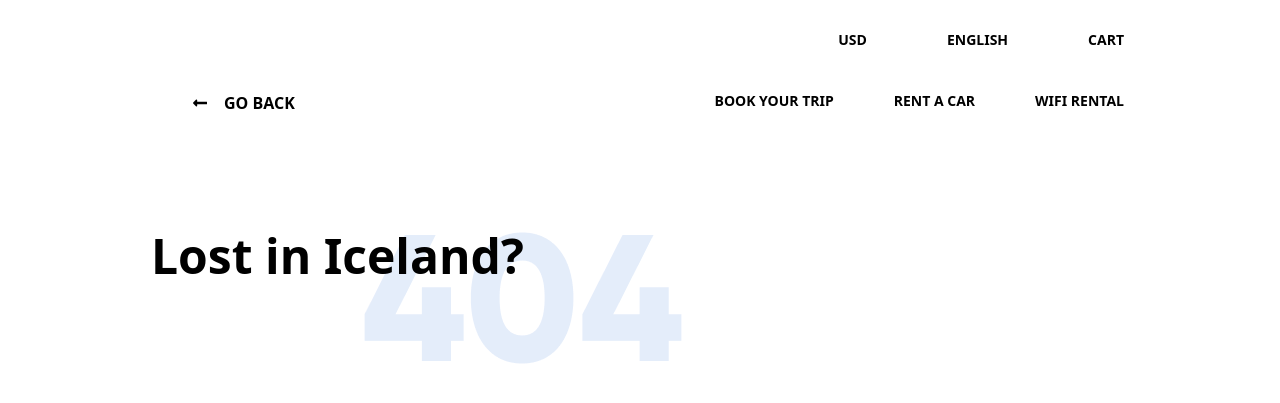
Repository: uh-sman/Iceland
Page: /
The author's editor kept a copy of each file at every save. The page is drawn from the files as they stood at one save, then again after the next save.
The browser window is 1280 px wide. The pictures show the whole page.
The project was rebuilt for these pictures with package versions that can differ from the ones it lists, and the page was loaded fresh each time.

Above is the page before, as saved 2022-09-08 21:31:29.

### src/App.js
import logo from "./logo.svg";
import "./App.css";
import { Topnav } from "./components/Topnav";
import { FullNav } from "./components/FullNav";

function App() {
  return (
    <div className="App">
      <FullNav />
    </div>
  );
}

export default App;

### src/components/Topnav.js
import React from "react";

export const Topnav = () => {
  return (
    <div className="container w-full py-[30px]">
      <nav className="absolute right-[156px]">
        <ul className="space-x-20 text-sm font-semibold">
          <a href="">USD</a>
          <a href="">ENGLISH</a>
          <a href="">CART</a>
        </ul>
      </nav>
    </div>
  );
};

### src/components/FullNav.jsx
import React from "react";
import { Bottomnav } from "./Bottomnav";
import { Hero } from "./Hero";
import { Topnav } from "./Topnav";

export const FullNav = () => {
  return (
    <div>
      <Topnav />
      <Bottomnav />
      <Hero />
    </div>
  );
};

### src/components/Bottomnav.js
import React from "react";
import { FaLongArrowAltLeft } from "react-icons/fa";
export const Bottomnav = () => {
  return (
    <nav className="container w-full">
      <div className="py-[31px]">
        <div className="container">
          <h1 className="flex items-center gap-4 absolute left-[192px]">
            <FaLongArrowAltLeft />
            <a className=" cursor-pointer font-semibold text-md">GO BACK</a>
          </h1>
        </div>
        <div className="container">
          <div className="absolute right-[156px]">
            <ul className="space-x-[60px] text-sm font-semibold cursor-pointer">
              <a>BOOK YOUR TRIP</a>
              <a>RENT A CAR</a>
              <a>WIFI RENTAL</a>
            </ul>
          </div>
        </div>
      </div>
    </nav>
  );
};

### src/components/Hero.js
import React from "react";
import four from "../Assets/404.png";
export const Hero = () => {
  return (
    <div>
      <div>
        <img src={four} className="absolute left-[364px] top-[232px]" />
      </div>
      <div>
        <h1 className="font-semibold text-5xl absolute left-[151px] top-[232px]">
          Lost in Iceland?
        </h1>
      </div>
    </div>
  );
};

### tailwind.config.js
/** @type {import('tailwindcss').Config} */
module.exports = {
  content: ["./src/**/*.{html,js,jsx}"],
  theme: {
    screens: {
      sm: "480px",
      md: "768px",
      lg: "976px",
      xl: "1440px",
    },
    extend: {},
  },
  plugins: [],
};

Loaded but not shown: public/index.html (common file); src/index.js (common file); src/index.css (common file); src/App.css (common file)

After the next save:
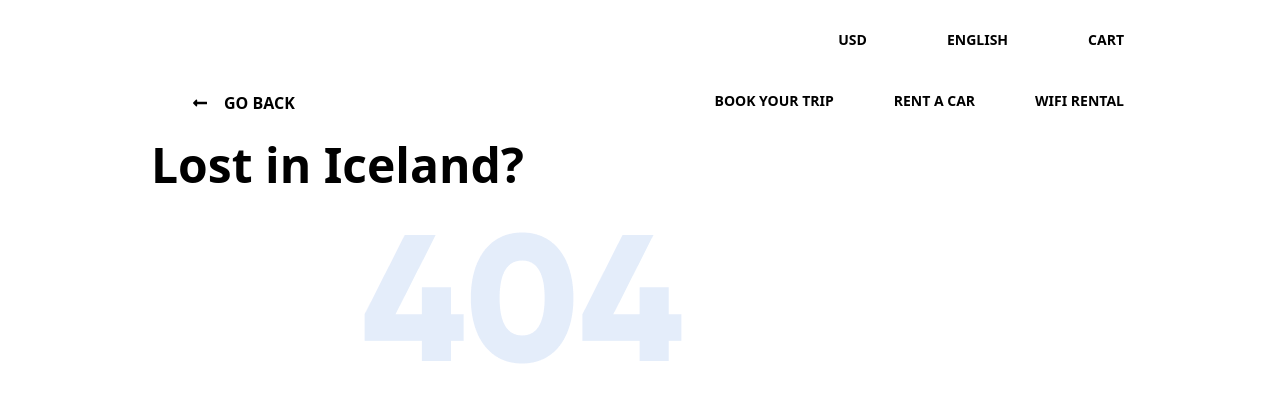
Saved 20 s later.
--- a/src/components/Hero.js
+++ b/src/components/Hero.js
@@ -7,7 +7,7 @@
         <img src={four} className="absolute left-[364px] top-[232px]" />
       </div>
       <div>
-        <h1 className="font-semibold text-5xl absolute left-[151px] top-[232px]">
+        <h1 className="font-semibold text-5xl absolute left-[151px] top-[141px]">
           Lost in Iceland?
         </h1>
       </div>

After the save that followed:
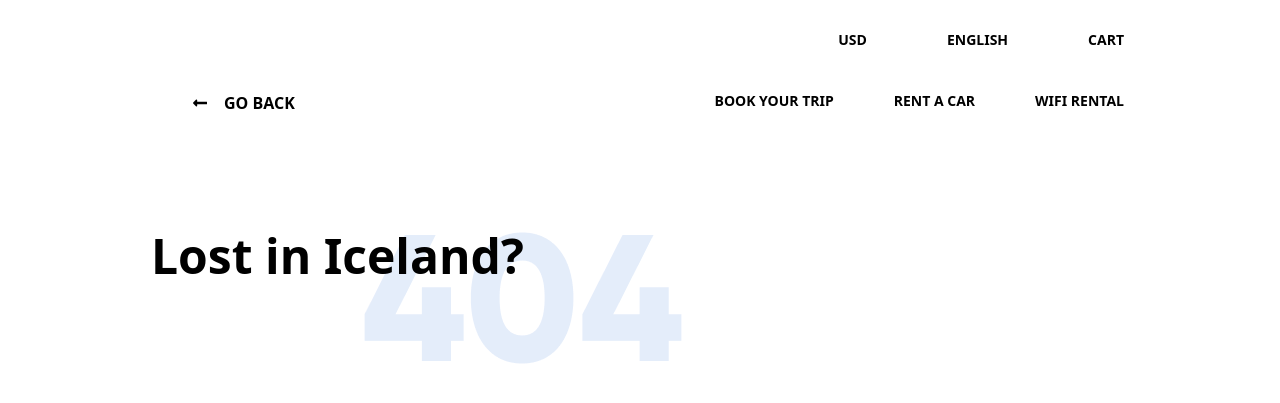
Saved 6 s later.
--- a/src/components/Hero.js
+++ b/src/components/Hero.js
@@ -7,7 +7,7 @@
         <img src={four} className="absolute left-[364px] top-[232px]" />
       </div>
       <div>
-        <h1 className="font-semibold text-5xl absolute left-[151px] top-[141px]">
+        <h1 className="font-semibold text-5xl absolute left-[151px] top-[232px]">
           Lost in Iceland?
         </h1>
       </div>
